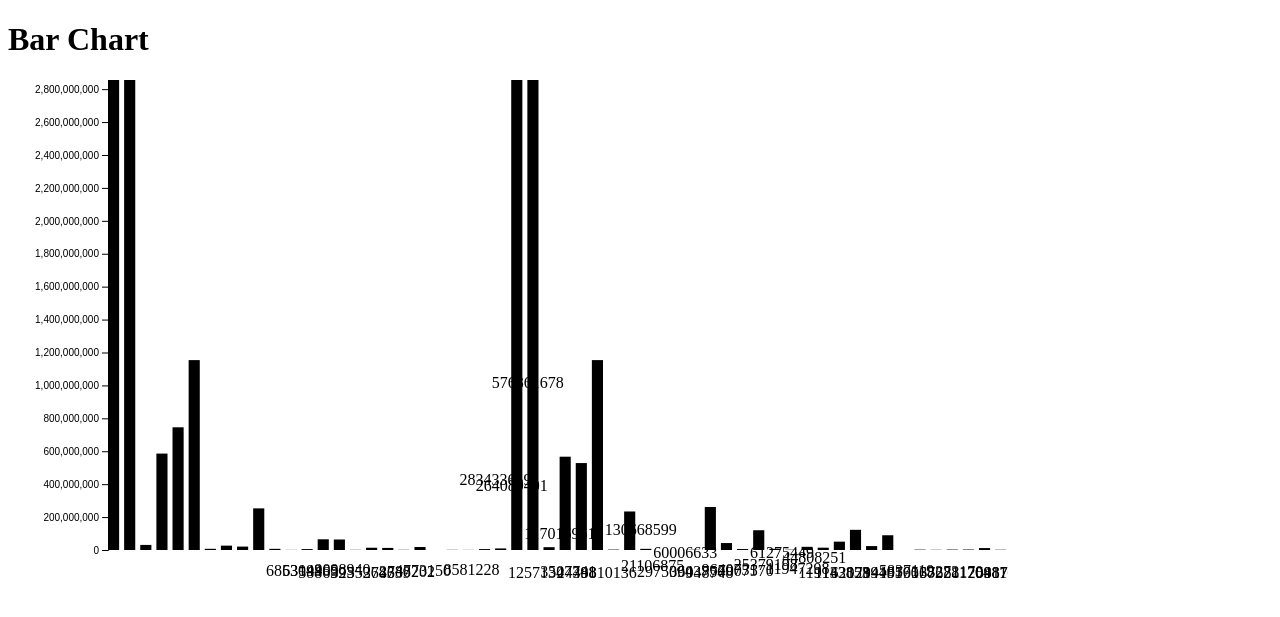
Repository: komalharjani/d3js-visualisation
Page: index.html
An editor plug-in stored every save of this project. The page is shown before and after the next save, followed by the edit.
The browser window is 1280 px wide. The pictures show the whole page.

Above is the page before, as saved 2020-04-29 18:54:31.

After the next save:
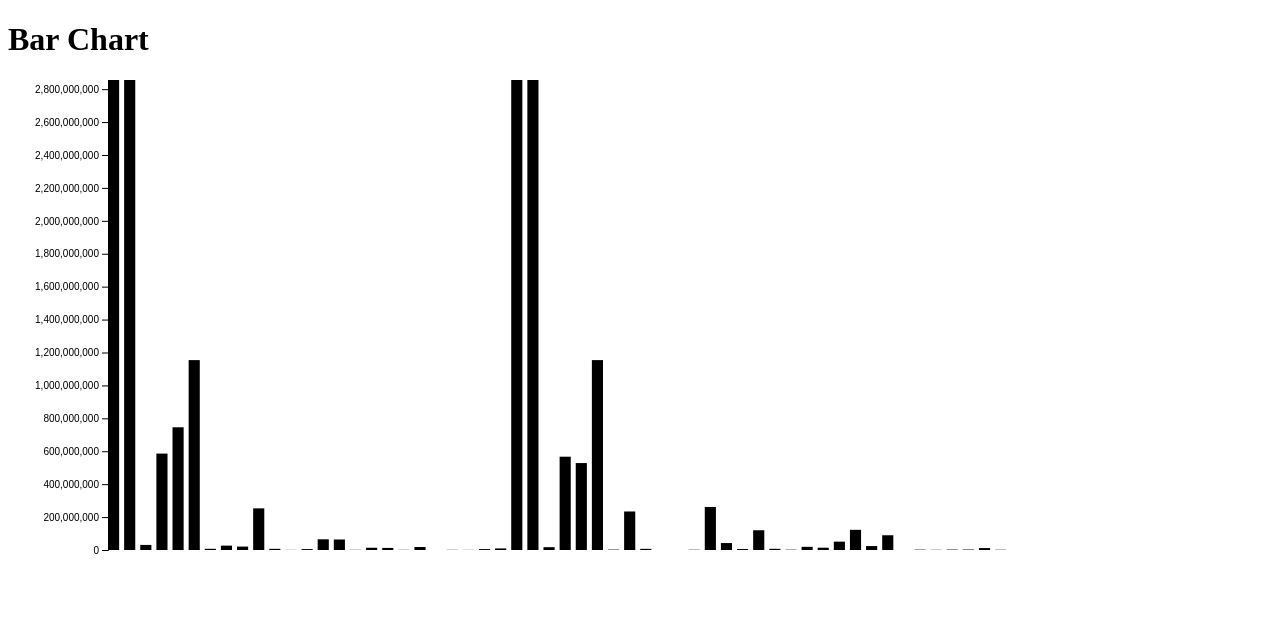
Saved 16 s later.
--- a/index.js
+++ b/index.js
@@ -84,18 +84,18 @@ d3.csv(dataPath)
                         .attr("fill", 'black');
 
                 // Barchart Text
-                let text = svg.selectAll("text")
-                        .data(finals)
-                        .enter()
-                        .append("text")
-                        .text(function (d) {
-                                return d.amount;
-                        })
-                        .attr("y", function (d, i) {
-                                return height - xscale(d.amount) - 2;
-                        })
-                        .attr("x", function (d, i) {
-                                return barwidth * i;
-                        })
+                // let text = svg.selectAll("text")
+                //         .data(finals)
+                //         .enter()
+                //         .append("text")
+                //         .text(function (d) {
+                //                 return d.amount;
+                //         })
+                //         .attr("y", function (d, i) {
+                //                 return height - xscale(d.amount) - 2;
+                //         })
+                //         .attr("x", function (d, i) {
+                //                 return barwidth * i;
+                //         })
 
         });
